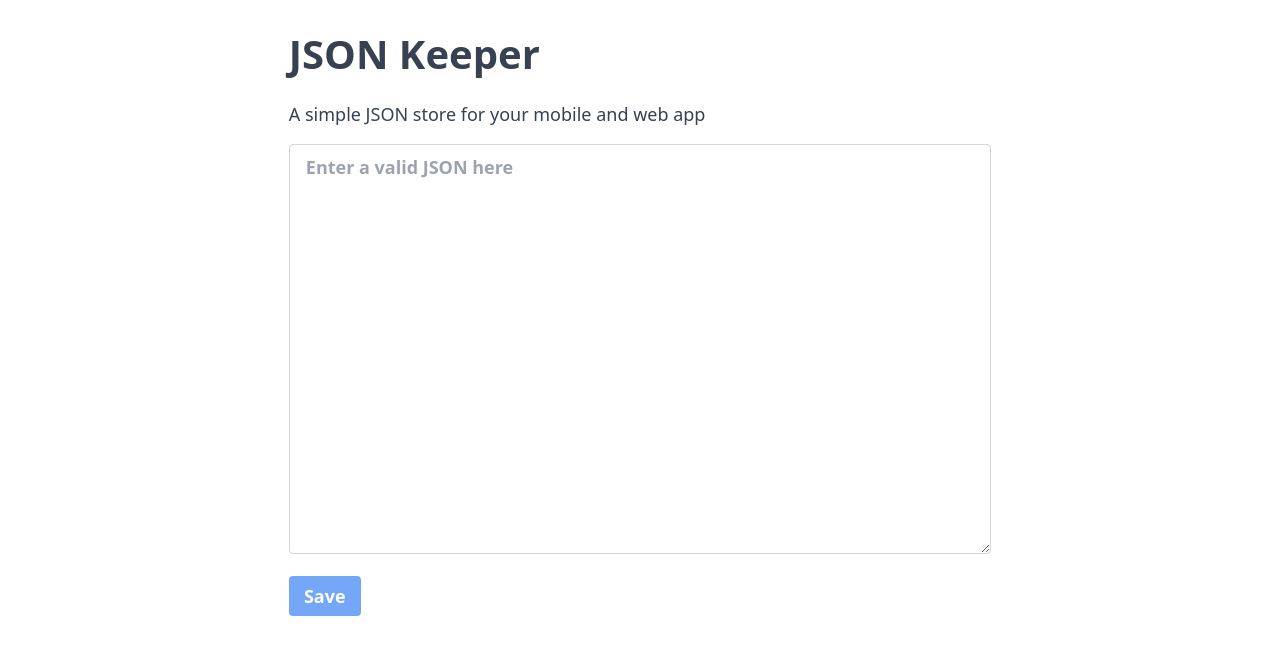
Repository: lakshithapramodya/jsonhub
Page: / (app in client/)
The author's editor kept a copy of each file at every save. The page is drawn from the files as they stood at one save, then again after the next save.
The browser window is 1280 px wide. The pictures show the whole page.
The page's requests for data from a server got no answer. The project was rebuilt for these pictures with package versions that can differ from the ones it lists, and the page was loaded fresh each time. No one was signed in, and anything a server would have sent is missing. Also part of the build but not shown: client/src/HandleJsonData.js.

Above is the page before, as saved 2023-05-10 12:41:57.

### client/src/index.js
import React from "react";
import ReactDOM from "react-dom/client";
import "./index.css";
import App from "./App";
import { BrowserRouter, Route, Routes } from "react-router-dom";
import HandleJsonData from "./HandleJsonData";

const root = ReactDOM.createRoot(document.getElementById("root"));
root.render(
  <React.StrictMode>
    <BrowserRouter>
      <Routes>
        <Route path="/" element={<App />} />
        <Route path=":url" element={<HandleJsonData />} />
      </Routes>
    </BrowserRouter>
  </React.StrictMode>
);

### client/src/App.js
import { useState } from "react";
import { SERVER_ENDPOINT } from "./config/Default";
import axios from "axios";

function App() {
  const [input, setInput] = useState([]);
  const [url, setUrl] = useState("");

  const sendRequest = async () => {
    const res = await axios
      .post(`${SERVER_ENDPOINT}/api/json`, {
        text: input,
      })
      .then()
      .catch((err) => console.log(err));
    const data = res.data;
    return data;
  };

  const handleSubmit = (e) => {
    e.preventDefault();
    sendRequest().then((res) => {
      console.log(res.url);
      res && setInput([]);
      setUrl(res.url);
    });
  };

  function isJsonString(str) {
    try {
      JSON.parse(str);
    } catch (e) {
      return false;
    }
    return true;
  }

  return (
    <div className="min-w-full min-h-screen flex flex-col">
      {url && (
        <a href={`${SERVER_ENDPOINT}/${url}`}>{`${SERVER_ENDPOINT}/${url}`}</a>
      )}
      <div className="flex flex-col mx-auto mt-6 w-full sm:w-[80%] md:w-[70%] lg:w-[58%] items-center justify-center">
        <form onSubmit={handleSubmit} className="w-full space-y-4 px-5">
          <h1 className="text-[2.5rem] font-semibold text-gray-700">
            JSON Keeper
          </h1>
          <p className="text-gray-700 text-lg">
            A simple JSON store for your mobile and web app
          </p>
          <textarea
            placeholder="Enter a valid JSON here"
            onChange={(e) => setInput(e.target.value)}
            value={input}
            rows={14}
            className={`border border-gray-300 w-full rounded p-2 px-4 text-lg font-semibold focus:outline-none`}
          />
          <button
            className="bg-blue-500 p-1 px-3 w-[4.5rem] h-10 rounded font-semibold text-lg text-white disabled:opacity-70"
            disabled={!isJsonString(input)}
            type="submit"
          >
            Save
          </button>
        </form>
      </div>
    </div>
  );
}

export default App;

### client/src/config/Default.js
export const SERVER_ENDPOINT =
  process.env.REACT_APP_SERVER_ENDPOINT || "http://localhost:5000";

Loaded but not shown: client/public/index.html (common file); client/src/index.css (common file); client/tailwind.config.js (common file)

After the next save:
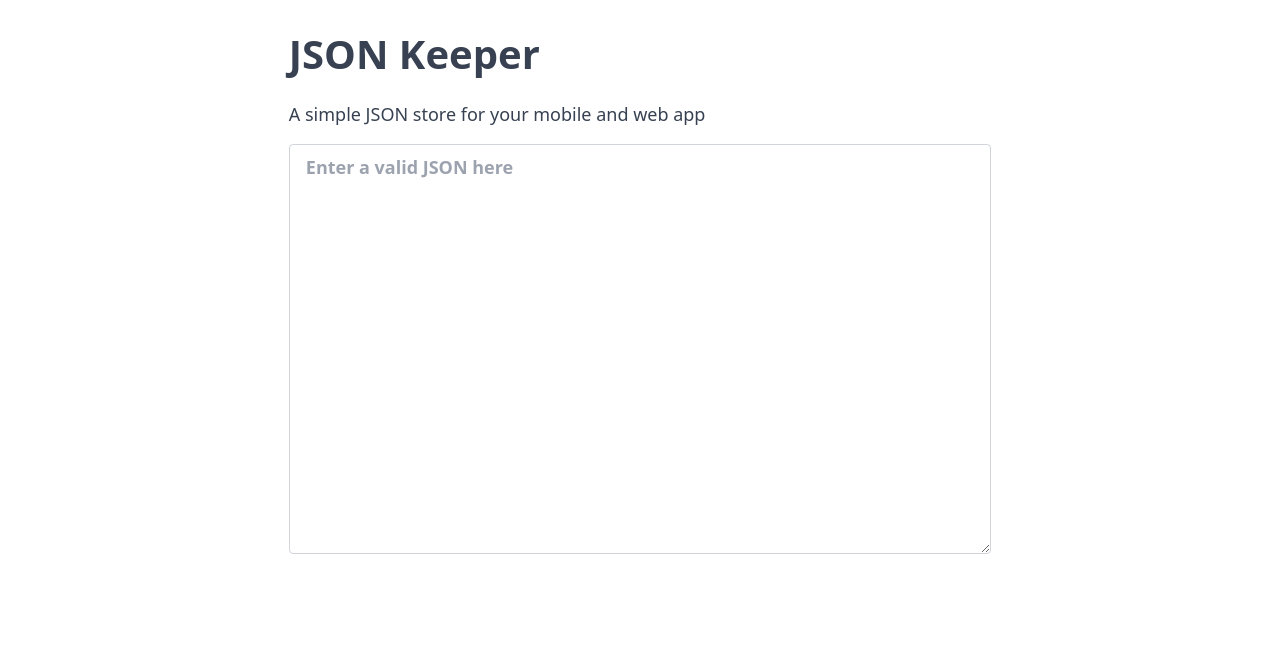
Saved 2 min 40 s later.
--- a/client/src/App.js
+++ b/client/src/App.js
@@ -56,7 +56,7 @@ function App() {
             className={`border border-gray-300 w-full rounded p-2 px-4 text-lg font-semibold focus:outline-none`}
           />
           <button
-            className="bg-blue-500 p-1 px-3 w-[4.5rem] h-10 rounded font-semibold text-lg text-white disabled:opacity-70"
+            className="bg-[#007bff]p-1 px-3 w-[4.5rem] h-10 rounded font-semibold text-lg text-white disabled:opacity-70"
             disabled={!isJsonString(input)}
             type="submit"
           >
